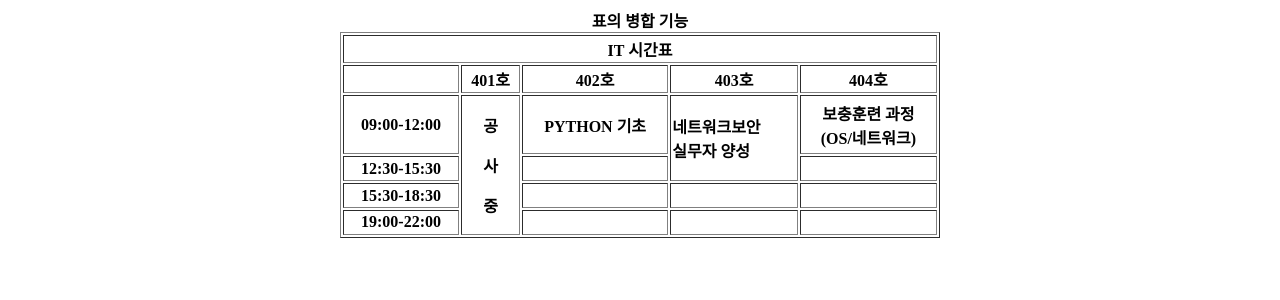
Repository: thswlsqls/JspWorkspace
Page: html/quiz_time.html
The author's editor kept a copy of each file at every save. The page is drawn from the files as they stood at one save, then again after the next save.
The browser window is 1280 px wide. The pictures show the whole page.

Above is the page before, as saved 2021-04-09 08:38:29.

After the next save:
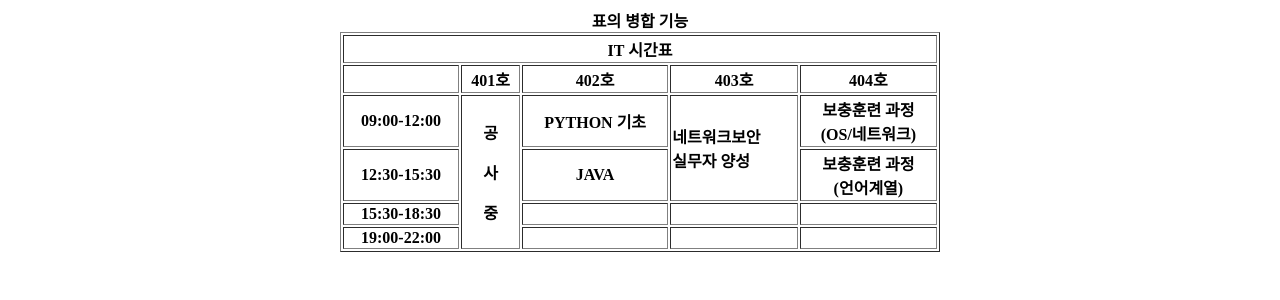
Saved 40 s later.
--- a/html/quiz_time.html
+++ b/html/quiz_time.html
@@ -17,7 +17,7 @@
 			<th align="center">09:00-12:00</th><th rowspan="4"><p>공</p><p>사</p><p>중</p></th><th>PYTHON 기초</th><th rowspan="2" align="left">네트워크보안<br>실무자 양성</th><th>보충훈련 과정<br>(OS/네트워크)</th>
 		</tr>
 		<tr>
-			<th align="center">12:30-15:30</th><th></th><th></th>
+			<th align="center">12:30-15:30</th><th>JAVA</th><th>보충훈련 과정<br>(언어계열)</th>
 		</tr>
 		<tr>
 			<th align="center">15:30-18:30</th><th></th><th></th><th></th>
